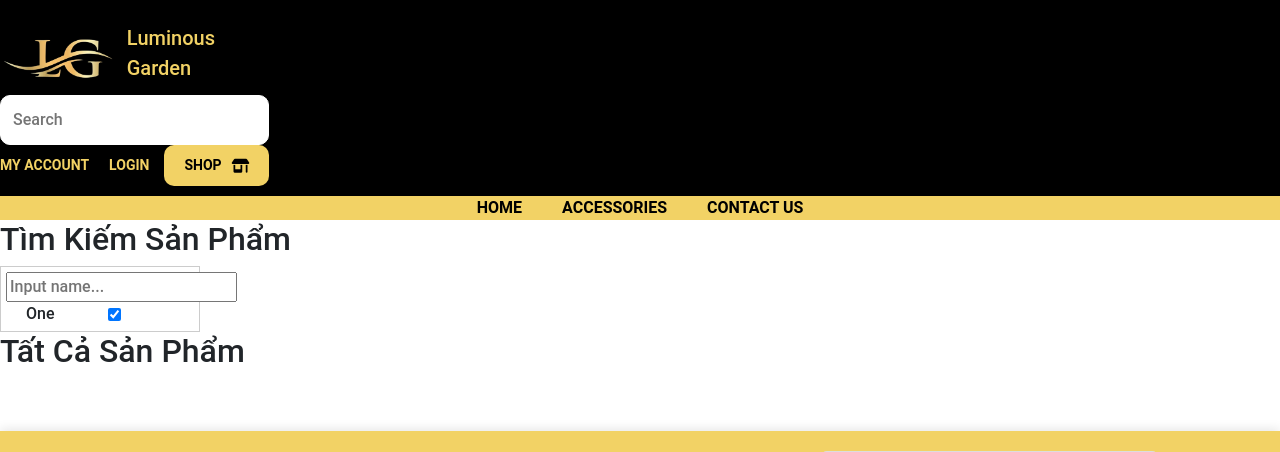
Repository: Nghia251506/eproject
Page: http://localhost/eproject/product/search
These files come from the project's save history. The page is drawn as it stood at one moment and after the next save; the edit follows.
The browser window is 1280 px wide. The pictures show the part of the page from y = 0 to 452 px (the page is 827 px tall before and 835 px after).
Pictures or frames that could not be fetched are drawn as grey boxes. Some web fonts or font styles are not loaded; a fallback is used. Some web libraries are served in a nearby version. The page is run by PHP 8.4 with error messages shown; the project is at /var/www/html/. Queries for data that is not in the repository find no rows.

Above is the page before, as saved 2024-10-12 19:00:29.
Console error: TypeError: Cannot read properties of null (reading 'querySelectorAll')

### index.php
<?php
session_start();
require_once "app/App.php";
require_once "app/config/database.php";
require_once "app/controllers/BaseController.php";
require_once "app/midleware/AuthMidleware.php";
$midleware = new AuthMidleware([""]);
$app = new App($conn, $midleware);
?>

### app/App.php
<?php
class App {
    private $__controller, $__action, $__params, $__instanceController, $__conn, $__midleware;
    function __construct($conn,$midleware)
    {
        $this->__controller = "home";
        $this->__action = "index";
        $this->__params = [];
        $this->__conn = $conn;
        $this->__midleware = $midleware;
        $this->handleUrl();

    }


    function getPath() {
        if(!empty($_SERVER["PATH_INFO"])) {
            return $_SERVER["PATH_INFO"];
        }
        return null;
    }

    public function handleUrl() {
        $path = $this->getPath();
        if (!empty($path)) {
            $info = array_values(array_filter(explode("/", $path)));
            $midleInfo = $info;
            //1. handle controller
            if (!empty($info[0])) {
                $this->__controller = ucfirst($info[0])."Controller";
            } else {
                $this->__controller = ucfirst($this->__controller)."Controller";
            }
            // check exists file controller
            $filePath = "app/controllers/".$this->__controller.".php";
            if (file_exists($filePath)) {
                //echo "filePath exists ".$filePath;
                require_once $filePath;
                if (class_exists($this->__controller)) {
                    //echo $this->__controller; // HomeController
                    $this->__instanceController = new $this->__controller($this->__conn); // tuong duong new HomeController();
                    // loai bo thong tin controller -> chi con action va cac params
                    unset($info[0]);
                    $info = array_values($info);
                }
            } else {
                $this->handleErrorPage("404");
            }
            //2. handle action
            if (!empty($info[0])) {
                $this->__action = $info[0];
                // loai bo thong tin action -> chi con cac params
                unset($info[0]);
                $info = array_values($info);
            }
            //3. hanlde params
            if (!empty($info)) {
                $this->__params = $info;
            }

            //4. thuc thi function trong controller (vd: thuc thi function index trong HomeController)
            //4.1 check xem function co ton tai trong class hay khong
            if (method_exists($this->__instanceController, $this->__action )) {
                // kiểm tra path sử dung middlewere
                $this->__midleware->execute($midleInfo);
                call_user_func_array([$this->__instanceController, $this->__action], $this->__params);
            } else {

            }

        } else {
            $this->__controller = ucfirst($this->__controller)."Controller";
        }

    }

    public function handleErrorPage($page) {
        require_once "app/views/errors/".$page.".php";
        exit();
    }

}









?>

### app/config/database.php
<?php
$host = "mysql:host=localhost:3306;dbname=eproject";
$username = "root";
$pass = "Anhem123";
try {
    $conn = new PDO($host, $username, $pass);
    $conn -> setAttribute(PDO::ATTR_ERRMODE,PDO::ERRMODE_EXCEPTION );
} catch (PDOException $ex) {
    echo "connection failed: ".$ex->getMessage();
}
?>

### app/controllers/BaseController.php
<?php
class BaseController {
    const VIEW_PATH = "app/views/";
    const MODEL_PATH = "app/models/";
    public function view($pathView, array $input = []) {
        $path = self::VIEW_PATH.$pathView.".php";
        return require_once $path;
    }

    public function initModel($modelName, $conn) {
        $path = self::MODEL_PATH.$modelName.".php";
        if (file_exists($path)) {
            require_once $path;
            if (class_exists($modelName)) {
                return new $modelName($conn);
            }
        }
        return null;
    }
}



?>

### app/midleware/AuthMidleware.php
<?php
class AuthMidleware {
    // những path phải qua đăng nhập
    private $__paths = [];
    public function __construct(array $paths)
    {
        $this->__paths = $paths;
    }

    // function để kiểm tra path đầu vào có phải đăng nhập hay không?
    public function execute($info) {
        //$info : là thông tin path đầu vào, là 1 array (xem App.php dòng 37)
        $controller = $info[0];
        $action = $info[1];
        // kiem tra controller có phải là admin hay không
        if ($controller == "admin") {
            // Kiểm tra xem đã đăng nhập hay chưa, nếu đăng nhập rồi thì có thông tin trong session
            if (isset($_SESSION["user"])) {
                // đã đăg nhập
                $role = $_SESSION["user"]->role;
                // kiêm tra xem có phải role admin hay không?
                if ($role != "admin") {
                    // báo lỗi k có quyền truy cập
                    $this->handleErrorPage();
                }
            } else {
                // Nếu chưa đăng nhập -> đi tới trang login
                header("Location: http://localhost/eproject/user/login");
            }
        } else {
            // là user thường chưa đăng nhập
            if (!isset($_SESSION["user"])) {
                // Kiểm tra xem có phải path là admin nhưng cần đăng nhập hay không
                if (in_array($controller."/".$action, $this->__paths)) {
                    // nếu đúng thì yêu cầu đăng nhập
                    header("Location: http://localhost/eproject/user/login");
                }
            }
        }
    }

    public function handleErrorPage() {
        require_once "app/views/errors/403.php";
        exit();
    }

}

?>

### app/controllers/ProductController.php
<?php
class ProductController extends BaseController
{
    private $__productModel, $__brandModel, $__typeModel;
    public function __construct($conn)
    {
        $this->__productModel = $this->initModel("ProductModel", $conn);
        $this->__brandModel = $this->initModel("BrandModel", $conn);
        $this->__typeModel = $this->initModel("TypeModel", $conn);
    }
    public function index()
    {
        $products = $this->__productModel->getAllProduct();
        $this->view("layouts/client", ["page" => "products/product", "products" => $products]);
    }

    public function detail()
    {
        $id = $_REQUEST["id"];
        $product = $this->__productModel->getProductById($id);
        $this->view("layouts/client", ["page" => "products/ProductDetails", "product" => $product]);
    }
    public function list($page = 1)
    {
        $limit = 10; // Number of products per page
        $offset = ($page - 1) * $limit; // Calculate offset
        $products = $this->__productModel->getAllProduct($limit, $offset);
        $totalShows = $this->__productModel->countAllProducts();
        $totalPages = ceil($totalShows / $limit); // Total number of pages

        $this->view("layouts/admin", [
            "page" => "products/listProduct",
            "products" => $products,
            "totalPages" => $totalPages,
            "currentPage" => $page,
        ]);
    }
    public function add($id = null)
    {
        $brands = $this->__brandModel->getAllBrand();
        $types = $this->__typeModel->getAllType();
        // Kiểm tra nếu là GET request
        if ($_SERVER["REQUEST_METHOD"] == "GET") {
            $id = $_REQUEST["id"] ?? null;
            // Nếu có $id, nghĩa là đang chỉnh sửa sản phẩm
            if (isset($id)) {
                // Lấy thông tin sản phẩm từ database để hiển thị
                $product = $this->__productModel->getProductById($id);
                if ($product) {
                    // Hiển thị form với dữ liệu sản phẩm
                    $this->view("layouts/admin", ["page" => "products/form_product", "product" => $product, "brands"=>$brands, "types"=>$types]);
                } else {
                    echo "Sản phẩm không tồn tại.";
                }
            } else {
                // Hiển thị form trống để thêm sản phẩm mới
                $this->view("layouts/admin", ["page" => "products/form_product", "brands" => $brands, "types" => $types]);
            }
        }

        // Nếu là POST request, xử lý thêm mới hoặc cập nhật sản phẩm
        if ($_SERVER["REQUEST_METHOD"] == "POST") {
            // Lấy và làm sạch dữ liệu
            $id = trim($_POST["id"]) ?? null;
            $name = trim($_POST["name"]);
            $code = isset($_POST["code"]) ? trim($_POST["code"]) : null;
            $type_id = trim($_POST["type_id"]);
            $watt = trim($_POST["watt"]);
            $socket = trim($_POST["socket"]);
            $color = trim($_POST["color"]);
            $purchase_price = trim($_POST["purchase_price"]);
            $sale_price = trim($_POST["sale_price"]);
            $quantity = trim($_POST["quantity"]);
            $brand_id = trim($_POST["brand_id"]);
            $image_url = trim($_POST["image"]);

            // Kiểm tra đầu vào (Ví dụ: kiểm tra rỗng, hợp lệ, ...)
            if (empty($name) || empty($type_id) || empty($watt) || empty($purchase_price) || empty($sale_price) || empty($quantity) || empty($brand_id) || empty($image_url)) {
                // Quản lý lỗi: thông báo cho người dùng
                echo "Vui lòng điền đầy đủ thông tin sản phẩm.";
                return;
            }

            // Gọi hàm saveProduct từ model
            if ($id > 0) {
                $result = $this->__productModel->editProduct($id, $name, $code, $type_id, $watt, $socket, $color, $purchase_price, $sale_price, $quantity, $brand_id, $image_url);
            } else {
                $result = $this->__productModel->saveProduct($name, $code, $type_id, $watt, $socket, $color, $purchase_price, $sale_price, $quantity, $brand_id, $image_url);
            }

            if ($result) {
                header("Location: http://localhost/eproject/product/list");
                exit();
            } else {
                // Thông báo lỗi nếu lưu không thành công
                echo "Có lỗi xảy ra khi thêm sản phẩm. Vui lòng thử lại.";
            }
        }
    }

    public function delete($id)
    {
        $this->__productModel->deleteProductById($id);
        header("Location: http://localhost/eproject/product/list");
    }

    public function cart(){
        $this->view("layouts/client", ["page"=>"products/cart"]);
    }

    public function search($page = 1){
        // if ($_SERVER["REQUEST_METHOD"] == "POST"){}
        //     $name = $_POST['name'] ?? '';
        // }
        $name = $_POST['name'] ?? '';
        $limit = 10;
        $offset = ($page - 1) * $limit;

        $products = $this->__productModel->searchProduct($name, $limit, $offset);
        // var_dump($products);
        // Lấy tổng số record để phân trang
        $totalShows = $this->__productModel->countProducts($name);
        $totalPages = ceil($totalShows / $limit);

        $this->view("layouts/client", [
            "page" => "products/product",
            "products" => $products,
            "totalPages" => $totalPages,
            "currentPage" => $page,
        ]);
    }
}

### app/models/BrandModel.php
<?php

class BrandModel{
    private $__conn;
    public function __construct($conn)
    {
        $this->__conn = $conn;
    }

    public function getAllBrand($limit = 10, $offset = 0){
        try{
            if(isset($this->__conn)){
                $sql = "select * from brand_lights order by id desc LIMIT :limit OFFSET :offset";
                $stmt = $this->__conn->prepare($sql);
                $stmt->bindParam("limit", $limit, PDO::PARAM_INT);
                $stmt->bindParam("offset", $offset, PDO::PARAM_INT);
                $stmt->execute();
                return $stmt->fetchAll(PDO::FETCH_OBJ);
            }
            return null;
        }catch(PDOException $ex){
            echo $ex->getMessage();
        }
    }
    public function getBrandById($id){
        try {
            if (isset($this->__conn)) {
                $sql = "select * from brand_lights where id = :id";
                $stmt = $this->__conn->prepare($sql);
                $stmt->bindParam("id", $id, PDO::PARAM_INT);
                $stmt->execute();
                return $stmt->fetch(PDO::FETCH_OBJ);
            }
            return null;
        } catch (PDOException $ex) {
            echo $ex->getMessage();
        }
    }
}

### app/models/TypeModel.php
<?php

class TypeModel{
    private $__conn;
    public function __construct($conn)
    {
        $this->__conn = $conn;
    }

    public function getAllType($limit = 10, $offset = 0){
        try{
            if(isset($this->__conn)){
                $sql = "select * from type_lights order by id desc LIMIT :limit OFFSET :offset";
                $stmt = $this->__conn->prepare($sql);
                $stmt->bindParam("limit", $limit, PDO::PARAM_INT);
                $stmt->bindParam("offset", $offset, PDO::PARAM_INT);
                $stmt->execute();
                return $stmt->fetchAll(PDO::FETCH_OBJ);
            }
            return null;
        }catch(PDOException $ex){
            echo $ex->getMessage();
        }
    }

    public function getTypeById($id){
        try{
            if($this->__conn){
                $sql = "select * from type_lights where id = :id";
                $stmt = $this->__conn->prepare($sql);
                $stmt->bindParam("id", $id);
                $stmt->execute();
                return $stmt->fetch(PDO::FETCH_OBJ);
            }
            return null;
        }catch(PDOException $ex){
            echo $ex->getMessage();
        }
    }
}

### app/views/layouts/client.php
<!DOCTYPE html>
<html lang="en">

<head>
    <meta charset="UTF-8">
    <meta name="viewport" content="width=device-width, initial-scale=1.0">
    <title>Doccument</title>
    <link rel="preconnect" href="https://fonts.googleapis.com">
    <link rel="preconnect" href="https://fonts.gstatic.com" crossorigin>
    <link href="https://fonts.googleapis.com/css2?family=Donegal+One&display=swap" rel="stylesheet">
    <link rel="stylesheet" href="http://localhost/eproject/app/assets/css/base.css">
    <script src="https://localhost/eproject/app/assets/js/eventClient.js"></script>
    <link href="https://stackpath.bootstrapcdn.com/bootstrap/4.5.2/css/bootstrap.min.css" rel="stylesheet">

</head>

<body>
    <div class="grid wide">
        <?php
        $this->view("layouts/header");
        $this->view($input["page"], ["data" => $input]);
        $this->view("layouts/footer");
        ?>
    </div>
</body>

</html>

### app/views/layouts/header.php
<!DOCTYPE html>
<html lang="en">
<head>
  <meta charset="UTF-8">
  <meta name="viewport" content="width=device-width, initial-scale=1.0">
  <script src="https://kit.fontawesome.com/453b49545e.js" crossorigin="anonymous"></script>
  <link rel="stylesheet" href="http://localhost/eproject/app/assets/css/header.css">
  <title>Header Example</title>
</head>
<body>
<div class="header">
    <div class="header-container">
      <div class="logo">
        <div class="logo-image">
          <img src="https://localhost/eproject/app/assets/data/LG.png" alt="Logo">
        </div>
        <div class="logo-name">
          <a href="">Luminous <br> Garden</a>
        </div>
      </div>

      <div class="search-form">
        <input type="text" placeholder="Search"  >

      </div>

      <div class="header-right">
        <div class="login">
          <a href="">MY ACCOUNT</a>
          <a href="">LOGIN</a>
        </div>
          <div class="shopping">
            <button type="submit">SHOP <i class="fa-solid fa-shop"></i></button>
          </div>
        </div>
      </div>
    </div>

    <div class="nav">
      <div class="nav-container">
        <div class="nav-item">
          <a href="http://localhost/eproject/home">HOME</a>
          <a href='http://localhost/eproject/product'>ACCESSORIES</a>
          <a href="http://localhost/eproject/contact">CONTACT US</a>
        </div>
      </div>
    </div>
  </div>
</body>
</html>

### app/views/products/product.php
<!DOCTYPE html>
<html lang="vi">

<head>
    <meta charset="UTF-8">
    <meta name="viewport" content="width=device-width, initial-scale=1.0">
    <title>product</title>
</head>

<body>
    <?php
    $data = $input["data"];
    $products = $data["products"] ?? "";
    // var_dum($products);
    // die();
    // $product = $data["product"] ?? "";
    ?>
    <div id="product-container">
        <aside class="sidebar">
            <h2>Tìm Kiếm Sản Phẩm</h2>
            <div class="search-bar">
                <form action="http://localhost/eproject/product/search" method="POST">
                    <input name="name" type="text" placeholder="Input name...">
                    <label class="container">One
                        <input type="checkbox" checked="checked" value="1" name="type_id">
                        <span class="checkmark"></span>
                    </label>
                    <!-- <input name="name" type="checkbox" values="">
                    <input name="name" type="checkbox" values=""> -->
                </form>
            </div>
        </aside>

        <main class="main-content">
            <div class="featured-products">
                <div class="all-products">
                    <h2>Tất Cả Sản Phẩm</h2>
                    <div class="product-row">
                        <?php foreach ($products as $product) : ?>
                            <div class="product">
                                <div style="width:100%;height:200px;"><img style="width: 100%; height:100%;object-fit:cover;" src="<?php echo htmlspecialchars($product->image_url); ?>" alt="Sản phẩm A" /></div>
                                <h3><?php echo htmlspecialchars($product->name); ?></h3>
                                <p><?php echo htmlspecialchars($product->code); ?></p>
                                <p>Giá: <?php echo htmlspecialchars(number_format($product->sale_price, 0, ',', '.')); ?> VND</p>
                                <a href='http://localhost/eproject/product/detail?id=<?= $product->id; ?>'>See All Details</a>
                            </div>
                        <?php endforeach; ?>
                    </div>
                </div>
            </div>
        </main>
    </div>
</body>

</html>

### app/views/layouts/footer.php
<!DOCTYPE html>
<html lang="en">
<head>
    <meta charset="UTF-8">
    <meta name="viewport" content="width=device-width, initial-scale=1.0">
    <title>footer</title>
    <link rel="stylesheet" href="http://localhost/eproject/app/assets/css/footer.css">
</head>
<body>
<footer>
        <div class="footer-container">
            <div class="footer-contact-info">
                <h3>Contact</h3>
                <p>Địa chỉ: 8A Ton That Thuyet, My Dinh, Nam Tu Liem, Ha Noi</p>
                <p>Hotline: 0523 652 003</p>
                <p>Email: <a href="mailto:tuantai2365@gmail.com">tuantai2365@gmail.com</a></p>
                <div class="social-icons">
                    <a href="https://www.facebook.com" target="_blank">
                        <img src="http://localhost/eproject/app/assets/data/facebook.png" alt="Fb"></a>
                    <a href="https://www.instagram.com" target="_blank">
                        <img src="http://localhost/eproject/app/assets/data/instagram.png" alt="Ins"></a>
                    <a href="https://www.youtube.com" target="_blank">
                        <img src="http://localhost/eproject/app/assets/data/youtube.png" alt="Ziutube"></a>
                </div>
            </div>

            <div class="payment-info">
                <h3>Payment</h3>
                <img src="http://localhost/eproject/app/assets/data/QR.jpg" alt="pay Logo" class="logo">
            </div>

            <div class="map">
                <iframe src="https://www.google.com/maps/embed?pb=!1m18!1m12!1m3!1d3724.096608933641!2d105.78229669999999!3d21.0288201!2m3!1f0!2f0!3f0!3m2!1i1024!2i768!4f13.1!3m3!1m2!1s0x3135ab4cd376479b%3A0xbc2e0bb9db373ed2!2zOGEgVMO0biBUaOG6pXQgVGh1eeG6v3QsIE3hu7kgxJDDrG5oLCBD4bqndSBHaeG6pXksIEjDoCBO4buZaSAxMDAwMDA!5e0!3m2!1svi!2s!4v1727689161334!5m2!1svi!2s" width="600" height="450" style="border:0;" allowfullscreen="" loading="lazy" referrerpolicy="no-referrer-when-downgrade" width="300" height="200" style="border:0;" allowfullscreen="" loading="lazy"></iframe>
        </div>

    </footer>
    <div style="background-color: black;color:white ;  padding: 10px; text-align: center;">
        <p>© Project was made by Luminous Garden Team - T2404E .</p>
    </div>
</body>
</html>

### app/assets/css/base.css
:root {
  --text-color: #333;
  --white-color: #fff;
  --black-color: #000;
  --primary-color: #c9ac5f;
  --border-color: #dbdbdb;
  --header-height: 80px;
  --navbar-height: 34px;
  --header-with-search-height: calc(
    var(--header-height) - var(--navbar-height)
  );
  --color-header: linear-gradient(0, #f2d265, #040000);
  /* --color-header: ae dùng background-image rồi thêm biến này vào nhé */
}
a{
    text-decoration: none;
}

ul{
    list-style: none;
}

* {
  font-family: "Roboto", sans-serif;
  font-weight: 500;
  font-style: normal;
}

/* reponsive */

.grid {
  width: 100%;
  margin: 0 auto;
}

.wide {
  max-width: 2000px;
}

.col-12 {
  /* background-color: #ececf1; */
  padding-left: 5px;
  padding-right: 5px;
  width: 100%;
  display: flex;
  flex-wrap: wrap;
}

.col-8 {
  display: flex;
  flex-wrap: wrap;
  padding-left: 17px;
  width: 66.6672%;
}

.col-8-4 {
  padding-left: 5px;
  padding-right: 5px;
  width: 50%;
}

.col-12-4 {
  padding-left: 5px;
  padding-right: 5px;
  width: 33.3336%;
}

.col-2 {
  padding-left: 5px;
  padding-right: 5px;
  width: 16.6667%;
}

.col-2-4 {
  padding-left: 5px;
  padding-right: 5px;
  width: 20%;
  margin-bottom: 10px;
}

.col-10 {
  padding-left: 5px;
  padding-right: 5px;
  width: 83.3334%;
}

### app/assets/css/header.css

.header {
  display: flex;
  justify-content: space-between;
  align-items: center;
  padding: 10px 20px;
  background-color: #F2D265; /* Màu nền */
}

.header-left {
  display: flex;
  align-items: center;
}

.logo {
  width: 50px; /* Kích thước logo */
  height: auto;
  margin-right: 10px;
}

.company-name {
  font-size: 24px;
  color: rgb(65, 117, 5); /* Màu chữ của tên công ty */
}


/* Tổng quan cấu trúc */
body {
  font-family: Arial, sans-serif;
  margin: 0;
  padding: 0;
}

.header {
  background-color: black;
  padding: 10px 0;
}

.container {
  max-width: 1400px;
  margin: 0 auto; /* Căn giữa container */
  display: flex;
  justify-content: space-between; /* Phân bố đều các thành phần */
  align-items: center;
  padding: 0 20px; /* Thêm khoảng cách giữa container và viền */
}

/* Logo */
.logo {
  display: flex;
  align-items: center;
}

.logo-image img {
  height: 85px;
}

.logo-name a {
  color: #f2d265;
  font-size: 20px;
  text-decoration: none;
}
.search-form {
  flex-grow: 2; /* Cho phép thanh tìm kiếm mở rộng */
  display: flex;
  justify-content: center;
}

.search-form input {
  padding: 12px;
  border-radius: 10px;
  border: 1px solid #ffffff;
  width: 100%;
  max-width: 400px;
}

/* Header Right: Login, Shop */
.header-right {
  display: flex;
  align-items: center;
  gap: 60px;
}

.login {

  display: flex;
  gap: 20px;
}

.nav a {
  text-decoration: none;
  color: #000; /* Màu của link */
  font-size: 18px;
}

.header-right {
  display: flex;
  align-items: center;
  gap: 15px;
}

.search-bar {
  padding: 5px;
  font-size: 16px;
  width: 200px;
  border: 1px solid #ccc;
}

.login-link,
.shop-link {
  text-decoration: none;
  color: #000;
  font-size: 18px;
}
.login a {
  color: #f2d265;
  text-decoration: none;
  font-size: 14px;
  font-weight: bold;
}

.login a:hover {
  color: #ffffff;
}

/* Shop button */
.shopping button {
  background-color: #f2d265;
  border: none;
  padding: 10px 20px;
  border-radius: 10px;

  font-size: 14px;
  display: flex;
  align-items: center;
  font-weight: bold;
}

.shopping button i {
  margin-left: 10px;
}

.shopping button:hover {
  background-color: white;
}

/* Navigation */
.nav {
  background-color: #f2d265;
}

.nav-container {
  max-width: 0 auto;
  margin: 0 auto; /* Căn giữa navigation */
  text-align: center;
  padding: 0 20px; /* Thêm khoảng cách hai bên */
}

.nav-item {
  display: flex;
  justify-content: center;
  gap: 40px; /* Điều chỉnh khoảng cách giữa các mục */
}

.nav-item a {
  color: black;
  text-decoration: none;
  font-size: 16px;
  font-weight: bold;
}

.nav-item a:hover {
  color: #ffffff;

}

Loaded but not shown: app/assets/js/eventClient.js (63 lines, source omitted); app/models/ProductModel.php (222 lines, source omitted); app/assets/css/footer.css (247 lines, source omitted)

After the next save:
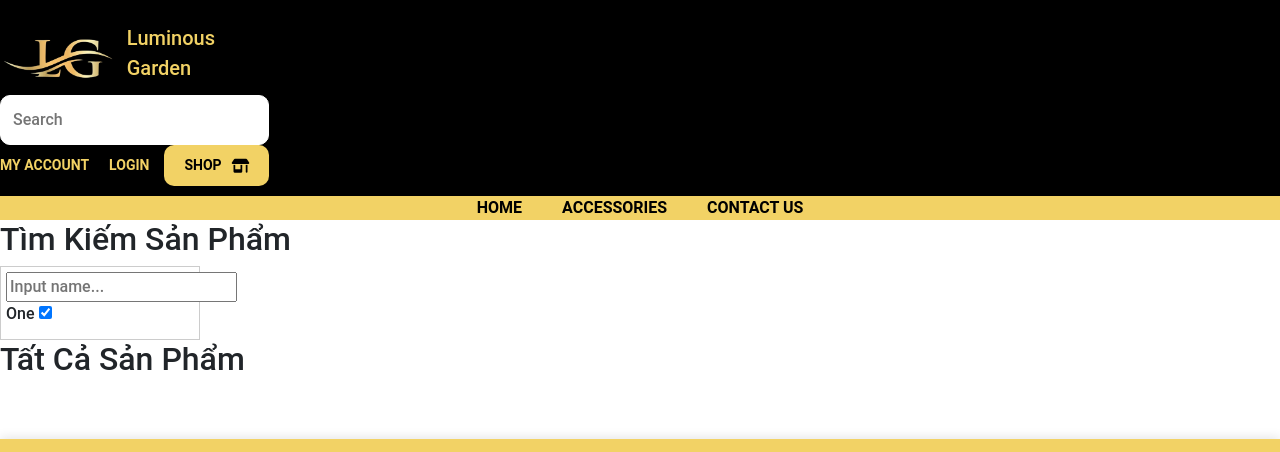
Saved 11 s later.
--- a/app/views/products/product.php
+++ b/app/views/products/product.php
@@ -21,7 +21,7 @@
             <div class="search-bar">
                 <form action="http://localhost/eproject/product/search" method="POST">
                     <input name="name" type="text" placeholder="Input name...">
-                    <label class="container">One
+                    <label >One
                         <input type="checkbox" checked="checked" value="1" name="type_id">
                         <span class="checkmark"></span>
                     </label>
